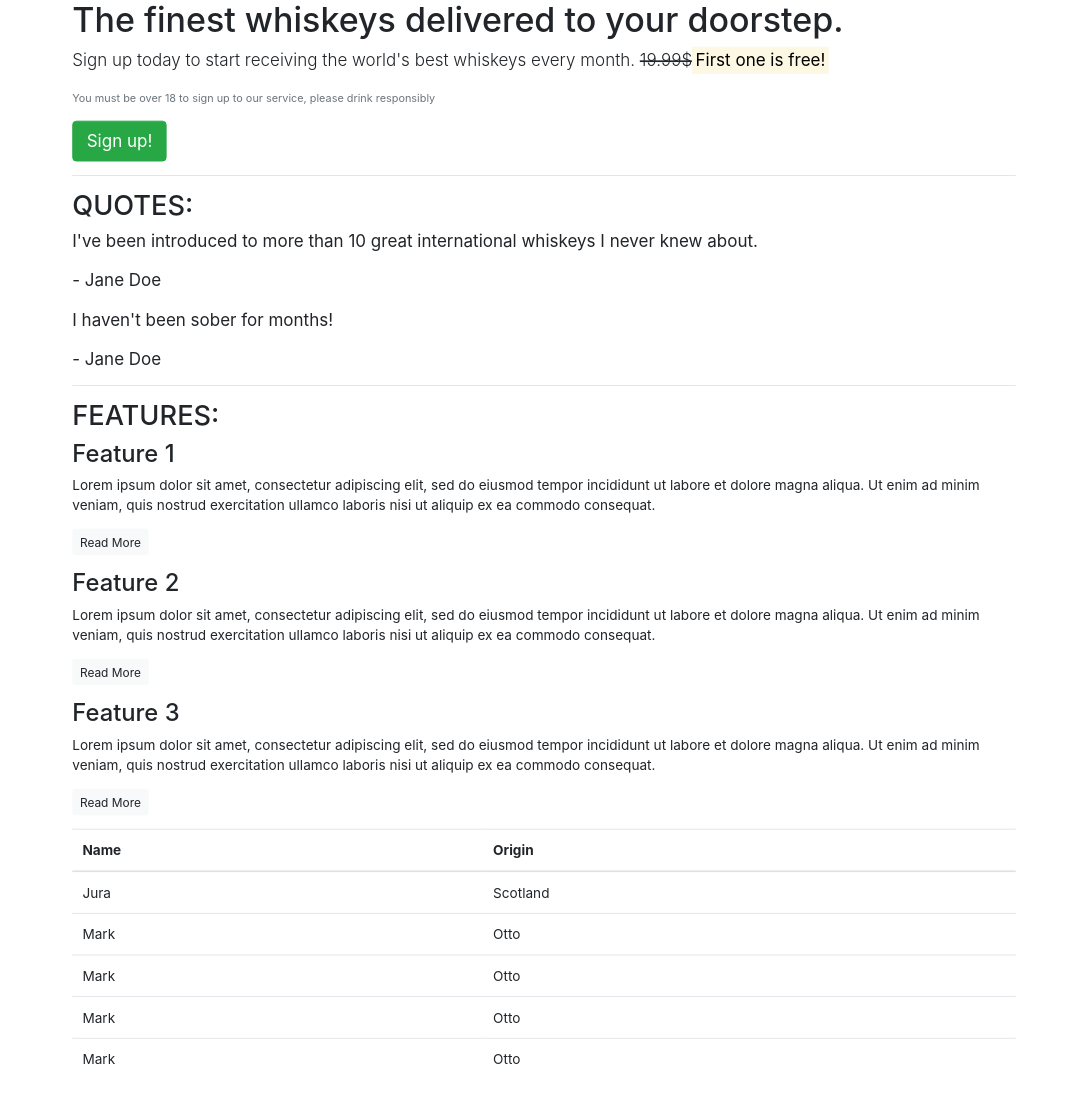
Repository: cipsim/bootstrap2.0
Page: index.html
The author's editor kept a record of every edit. The page is drawn from the files as they stood at one moment, then again after the next edit.
The browser window is 1280 px wide. The pictures show the whole page, at 85% of full size.

Above is the page before.

After the next edit:
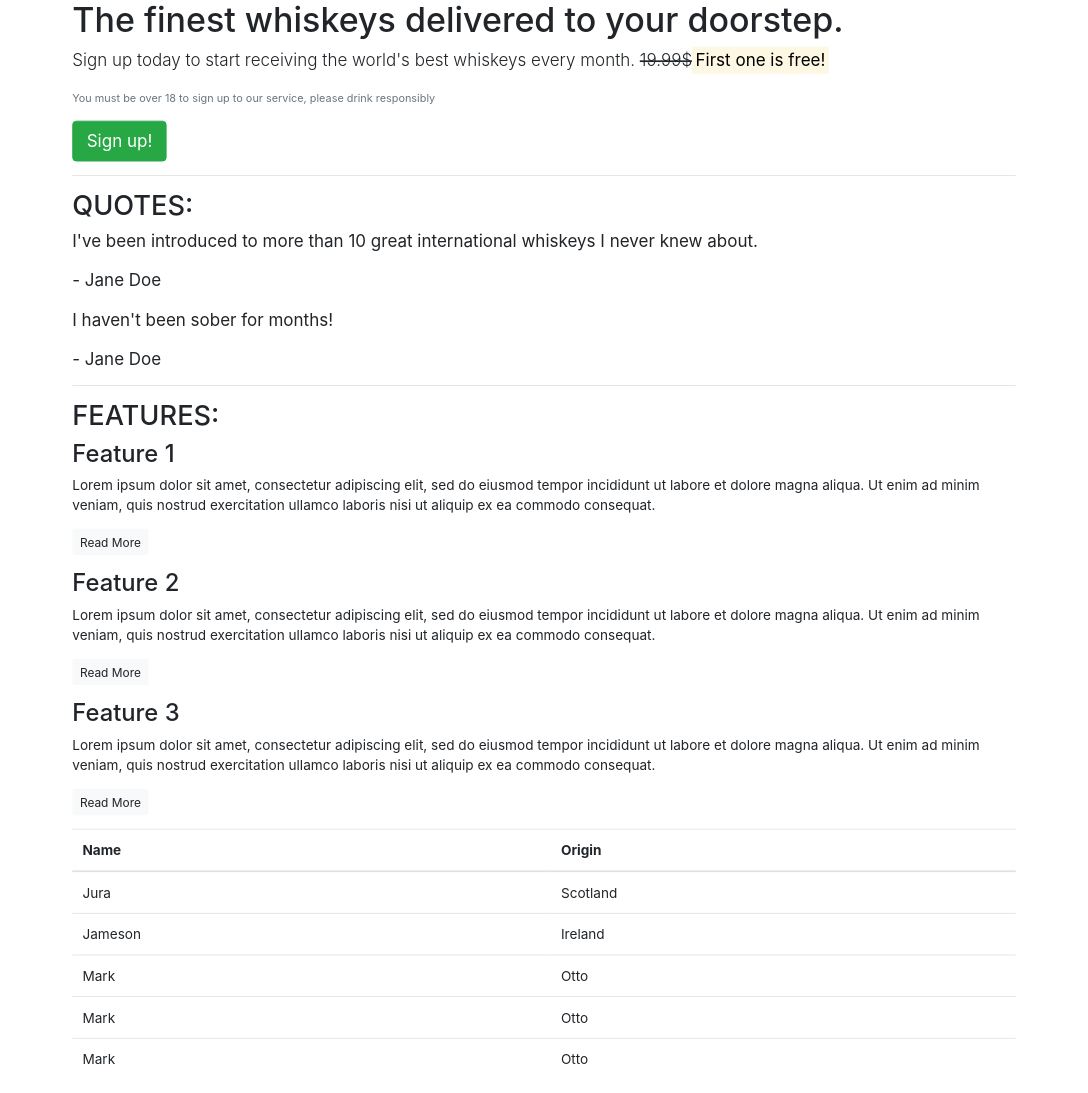
The edit:
--- a/index.html
+++ b/index.html
@@ -71,8 +71,8 @@
       <td>Scotland</td>
       </tr>
       <tr>
-        <td>Mark</td>
-      <td>Otto</td>
+        <td>Jameson</td>
+      <td>Ireland</td>
       </tr>
       <tr>
         <td>Mark</td>
